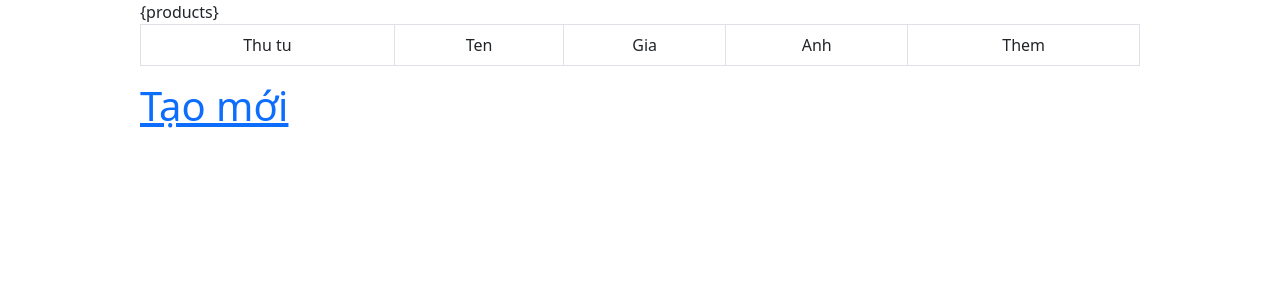
Repository: nguyenhung50497/MD3_demoDatabase1
Page: src/views/home.html
The author's editor kept a copy of each file at every save. The page is drawn from the files as they stood at one save, then again after the next save.
The browser window is 1280 px wide. The pictures show the whole page.

Above is the page before, as saved 2022-12-28 11:38:16.

After the next save:
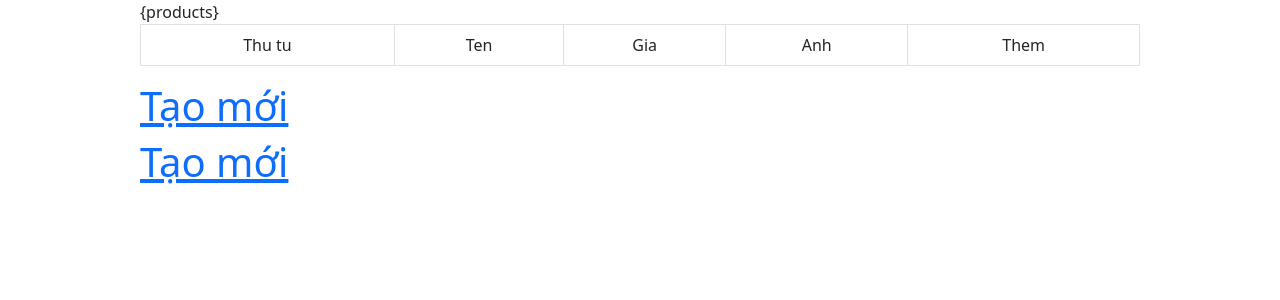
Saved 15 s later.
--- a/src/views/home.html
+++ b/src/views/home.html
@@ -21,6 +21,7 @@
         </tbody>
       </table>
       <h1><a href="/create">Tạo mới</a></h1>
+      <h1><a href="/create">Tạo mới</a></h1>
     </div>
     <script src="https://cdn.jsdelivr.net/npm/bootstrap@5.2.3/dist/js/bootstrap.bundle.min.js" integrity="sha384-kenU1KFdBIe4zVF0s0G1M5b4hcpxyD9F7jL+jjXkk+Q2h455rYXK/7HAuoJl+0I4" crossorigin="anonymous"></script>
   </body>
